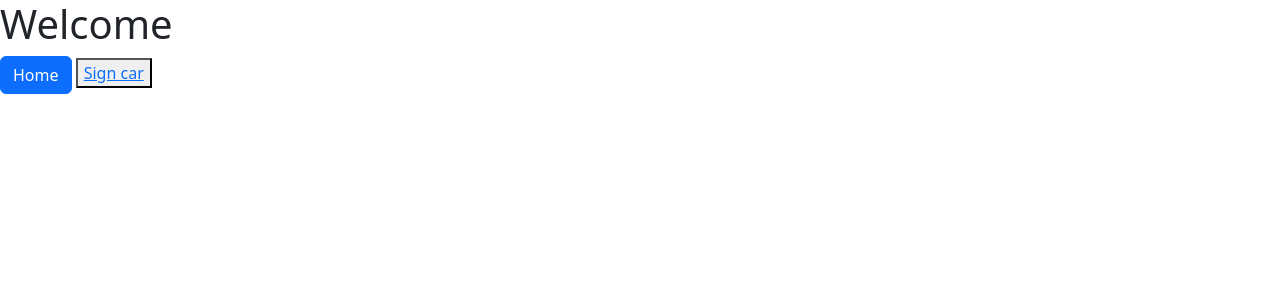
Repository: Ahmad-hamdan98/Java_Project
Page: http://localhost/javaproject/WIB-INF/ShowAll.jsp
An editor plug-in stored every save of this project. The page is shown before and after the next save, followed by the edit.
The browser window is 1280 px wide. The pictures show the whole page.
The page is served by Tomcat 9.

Above is the page before, as saved 2022-11-19 15:06:38.

After the next save:
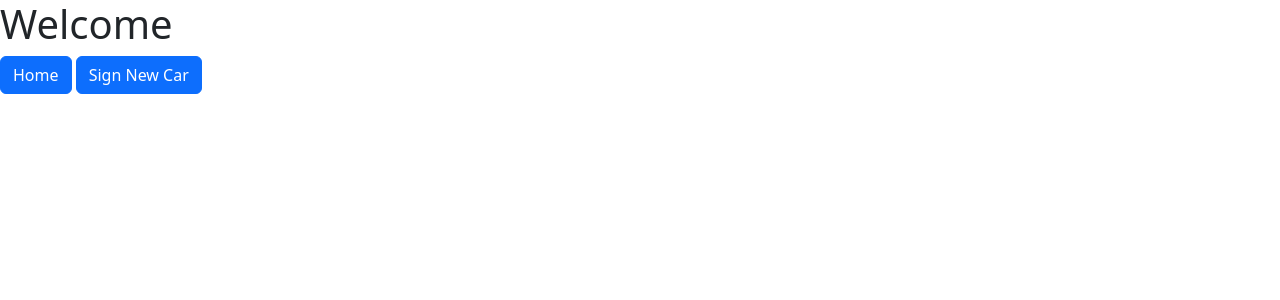
Saved 38 s later.
--- a/atfirst/javaproject/src/main/webapp/WIB-INF/ShowAll.jsp
+++ b/atfirst/javaproject/src/main/webapp/WIB-INF/ShowAll.jsp
@@ -20,6 +20,7 @@
 <h1>Welcome ${user.userName}</h1>
 
 <a herf="/" class="btn btn-primary">Home</a>
-<button><a href="">Sign car</a> </button>
+<a herf="/" class="btn btn-primary">Sign New Car</a>
+
 </body>
 </html>
